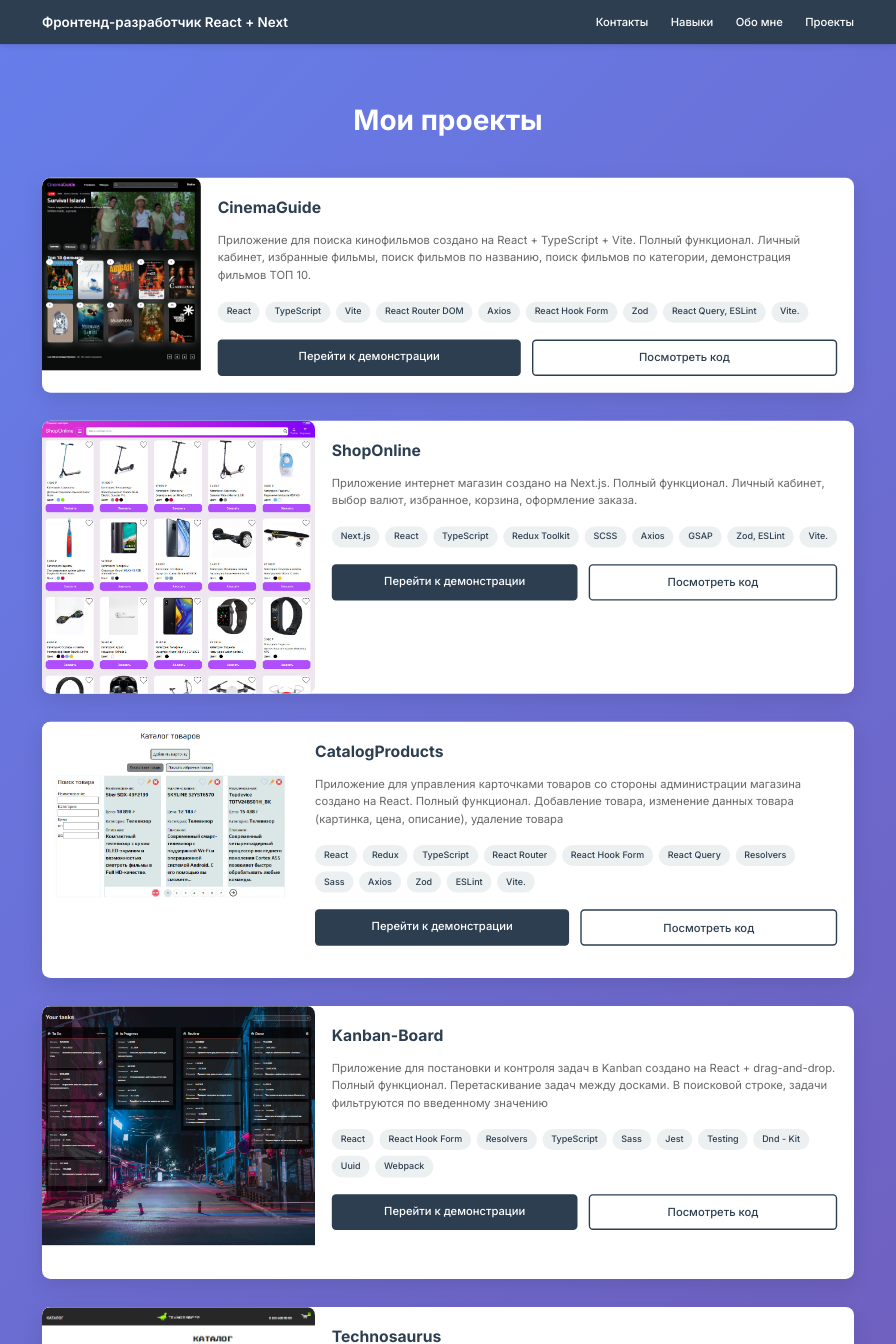
Repository: RostislavZeberg/resume-app
Page: /
The author's editor kept a copy of each file at every save. The page is drawn from the files as they stood at one save, then again after the next save.
The browser window is 1280 px wide. The pictures show the part of the page from y = 0 to 1920 px (the page is 6719 px tall), at 70% of full size.
The project was rebuilt for these pictures with package versions that can differ from the ones it lists, and the page was loaded fresh each time. The framework's server and built-in components were replaced by stand-ins that run in the browser. Also part of the build but not shown: next.config.ts.

Above is the page before, as saved 2025-09-21 16:47:53.

After the next save:
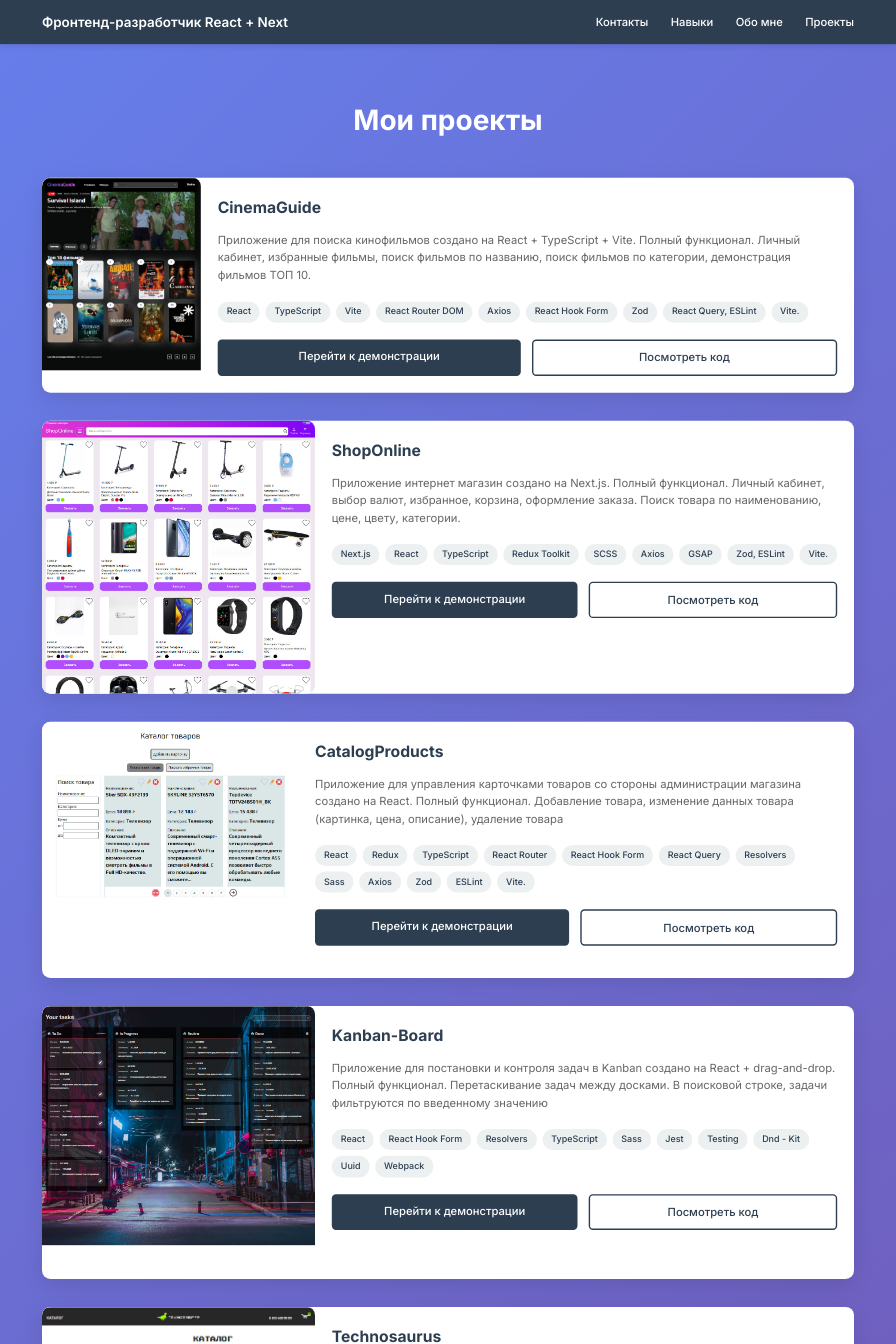
Saved 2 min 40 s later.
--- a/info/projects.ts
+++ b/info/projects.ts
@@ -8,7 +8,7 @@ export const projects = [
   },
   {
     name: 'ShopOnline',
-    description: 'Приложение интернет магазин создано на Next.js. Полный функционал. Личный кабинет, выбор валют, избранное, корзина, оформление заказа.',
+    description: 'Приложение интернет магазин создано на Next.js. Полный функционал. Личный кабинет, выбор валют, избранное, корзина, оформление заказа. Поиск товара по наименованию, цене, цвету, категории.',
     demoLink: 'https://shop-online-omega.vercel.app/',
     codeLink: 'https://github.com/RostislavZeberg/ShopOnline',
     technologies: ['Next.js', 'React', 'TypeScript', 'Redux Toolkit', 'SCSS', 'Axios', 'GSAP', 'Zod, ESLint', 'Vite.']
